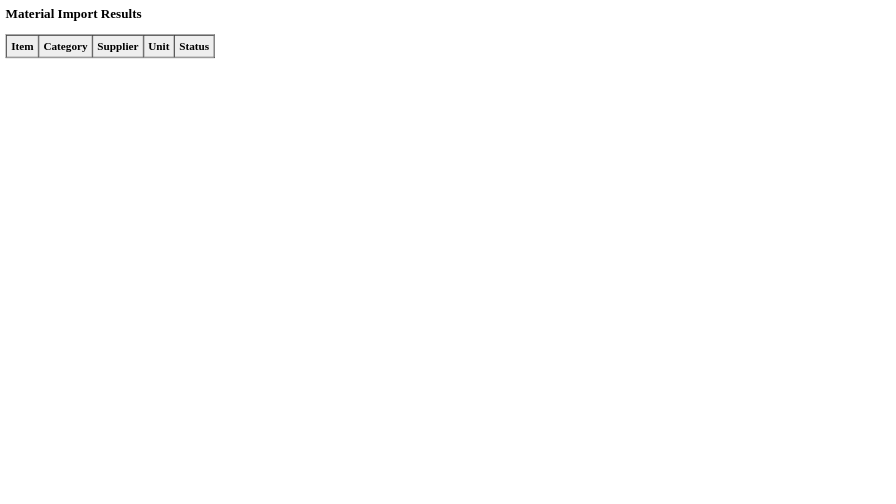
Repository: Asela054/TransFood
Page: http://localhost/database/itemlist.php
These files come from the project's save history. The page is drawn as it stood at one moment and after the next save; the edit follows.
The browser window is 1280 px wide. The pictures show the part of the page from y = 0 to 1920 px (the page is 720 px tall before and 75892 px after), at 70% of full size.
The page is run by PHP 8.4 with error messages shown; the project is at /var/www/html/. Queries for data that is not in the repository find no rows.

Above is the page before, as saved 2025-10-29 11:04:02.

### itemlist.php
<?php
// ---------- DATABASE CONNECTION ----------
$servername = "localhost";
$username = "root";
$password = "";
$dbname = "erav_transfood";

$conn = new mysqli($servername, $username, $password, $dbname);
if ($conn->connect_error) {
    die("Database Connection Failed: " . $conn->connect_error);
}

// ---------- CONFIGURATION ----------
$csvFile = 'productlist.csv';  // your CSV file path
$defaultSupplierId = 1732;     // default supplier ID
$userId = 1;                   // static user id

if (!file_exists($csvFile)) {
    die("CSV file not found!");
}

// ---------- OPEN CSV ----------
if (($handle = fopen($csvFile, "r")) !== FALSE) {
    $header = fgetcsv($handle, 1000, "\t"); // tab-separated CSV
    // If comma-separated, use: fgetcsv($handle, 1000, ",");

    echo "<h3>Material Import Results</h3>";
    echo "<table border='1' cellpadding='6' cellspacing='0'>
            <tr style='background:#eee;'>
                <th>Item</th>
                <th>Category</th>
                <th>Supplier</th>
                <th>Unit</th>
                <th>Status</th>
            </tr>";

    while (($data = fgetcsv($handle, 1000, "\t")) !== FALSE) {
        $materialCategory = isset($data[0]) ? trim($data[0]) : '';
        $itemName         = isset($data[1]) ? trim($data[1]) : '';
        $itemDescription  = isset($data[2]) ? trim($data[2]) : '';
        $prefVendor       = isset($data[3]) ? trim($data[3]) : '';
        $unitName         = isset($data[4]) ? trim($data[4]) : '';

        if ($itemName == '') continue; // skip empty lines

        // ---------- SUPPLIER ----------
        $supplierId = $defaultSupplierId;
        if (!empty($prefVendor)) {
            $checkSupplier = $conn->prepare("SELECT idtbl_supplier FROM tbl_supplier WHERE suppliername = ?");
            $checkSupplier->bind_param("s", $prefVendor);
            $checkSupplier->execute();
            $result = $checkSupplier->get_result();
            if ($row = $result->fetch_assoc()) {
                $supplierId = $row['idtbl_supplier'];
            }
            $checkSupplier->close();
        }

        // ---------- CATEGORY ----------
        $categoryId = null;
        if (!empty($materialCategory)) {
            $checkCategory = $conn->prepare("SELECT idtbl_material_category FROM tbl_material_category WHERE categoryname = ?");
            $checkCategory->bind_param("s", $materialCategory);
            $checkCategory->execute();
            $result = $checkCategory->get_result();
            if ($row = $result->fetch_assoc()) {
                $categoryId = $row['idtbl_material_category'];
            }
            $checkCategory->close();
        }

        if (!$categoryId) {
            echo "<tr><td>$itemName</td><td>$materialCategory</td><td>$prefVendor</td><td>$unitName</td><td style='color:red;'>❌ Category not found</td></tr>";
            continue;
        }

        // ---------- UNIT ----------
        $unitId = null;
        if (!empty($unitName)) {
            $checkUnit = $conn->prepare("SELECT idtbl_unit FROM tbl_unit WHERE unitname = ?");
            $checkUnit->bind_param("s", $unitName);
            $checkUnit->execute();
            $result = $checkUnit->get_result();
            if ($row = $result->fetch_assoc()) {
                $unitId = $row['idtbl_unit'];
            }
            $checkUnit->close();
        }

        if (!$unitId) {
            echo "<tr><td>$itemName</td><td>$materialCategory</td><td>$prefVendor</td><td>$unitName</td><td style='color:red;'>❌ Unit not found</td></tr>";
            continue;
        }

        // ---------- INSERT MATERIAL ----------
        $insertMaterial = $conn->prepare("
            INSERT INTO tbl_material_info
            (materialname, materialinfocode, unitperctn, reorderlevel, comment, status, insertdatetime, tbl_user_idtbl_user, tbl_material_category_idtbl_material_category, tbl_unit_idtbl_unit)
            VALUES (?, '', 0, 0, ?, 1, NOW(), ?, ?, ?)
        ");
        $insertMaterial->bind_param("ssiii", $itemName, $itemDescription, $userId, $categoryId, $unitId);

        if ($insertMaterial->execute()) {
            $materialId = $insertMaterial->insert_id;

            // ---------- LINK SUPPLIER ----------
            $insertSupplier = $conn->prepare("
                INSERT INTO tbl_material_suppliers
                (unitprice, status, updatedatetime, updateuser, tbl_material_info_idtbl_material_info, tbl_supplier_idtbl_supplier)
                VALUES (0, 1, NOW(), ?, ?, ?)
            ");
            $insertSupplier->bind_param("iii", $userId, $materialId, $supplierId);
            $insertSupplier->execute();
            $insertSupplier->close();

            echo "<tr><td>$itemName</td><td>$materialCategory</td><td>$prefVendor</td><td>$unitName</td><td style='color:blue;'>✅ Inserted (Supplier ID: $supplierId)</td></tr>";
        } else {
            echo "<tr><td>$itemName</td><td>$materialCategory</td><td>$prefVendor</td><td>$unitName</td><td style='color:red;'>❌ Insert Failed</td></tr>";
        }

        $insertMaterial->close();
    }

    echo "</table>";
    fclose($handle);
} else {
    echo "Error opening CSV file!";
}

$conn->close();
?>

Loaded but not shown: productlist.csv (2303 lines, source omitted)

After the next save:
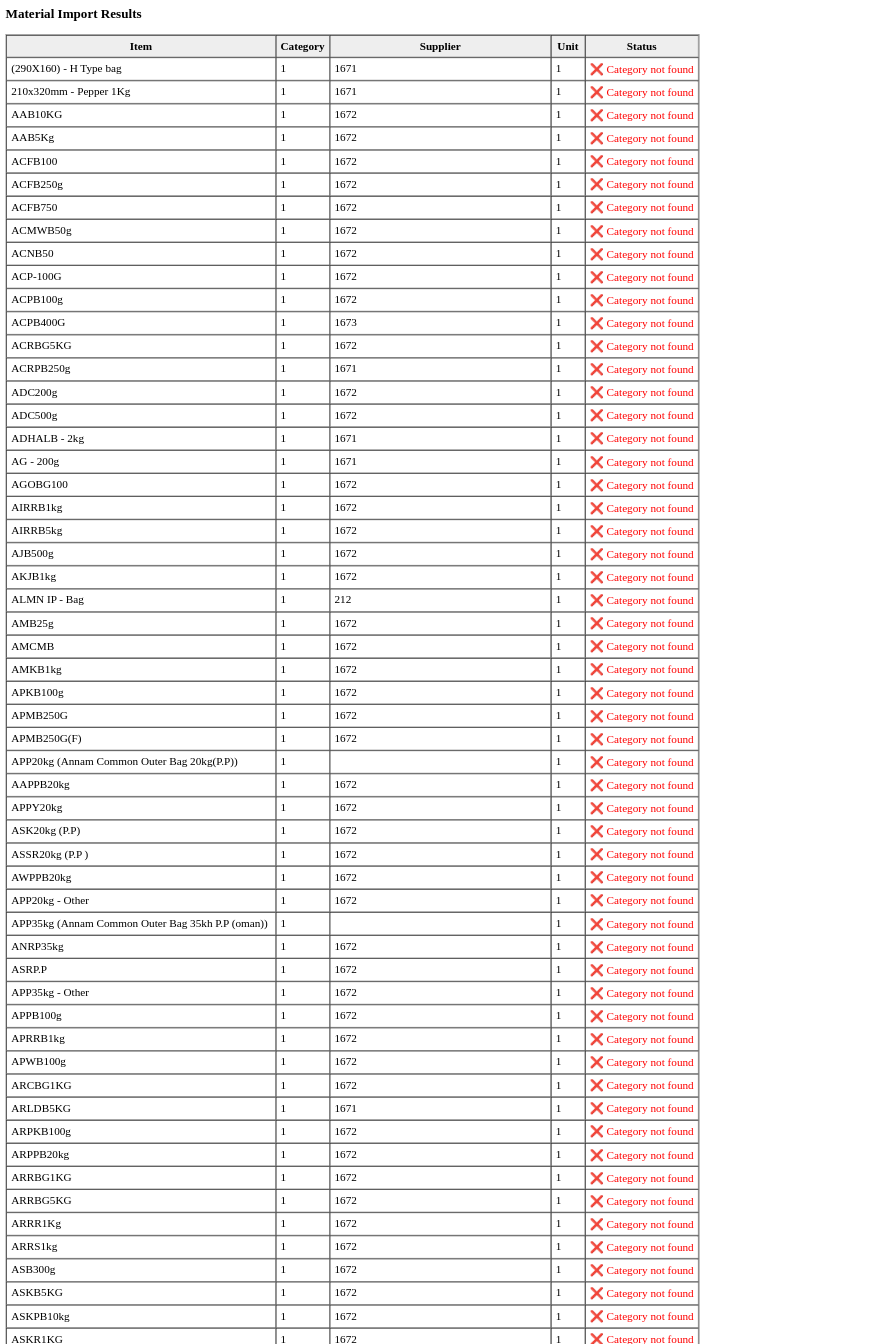
Saved 3 min 39 s later.
--- a/itemlist.php
+++ b/itemlist.php
@@ -19,10 +19,14 @@ if (!file_exists($csvFile)) {
     die("CSV file not found!");
 }
 
+// ---------- Detect CSV delimiter ----------
+$firstLine = fgets(fopen($csvFile, 'r'));
+$delimiter = (substr_count($firstLine, "\t") > substr_count($firstLine, ",")) ? "\t" : ",";
+rewind(fopen($csvFile, 'r'));
+
 // ---------- OPEN CSV ----------
 if (($handle = fopen($csvFile, "r")) !== FALSE) {
-    $header = fgetcsv($handle, 1000, "\t"); // tab-separated CSV
-    // If comma-separated, use: fgetcsv($handle, 1000, ",");
+    $header = fgetcsv($handle, 1000, $delimiter);
 
     echo "<h3>Material Import Results</h3>";
     echo "<table border='1' cellpadding='6' cellspacing='0'>
@@ -34,14 +38,19 @@ if (($handle = fopen($csvFile, "r")) !== FALSE) {
                 <th>Status</th>
             </tr>";
 
-    while (($data = fgetcsv($handle, 1000, "\t")) !== FALSE) {
-        $materialCategory = isset($data[0]) ? trim($data[0]) : '';
-        $itemName         = isset($data[1]) ? trim($data[1]) : '';
-        $itemDescription  = isset($data[2]) ? trim($data[2]) : '';
-        $prefVendor       = isset($data[3]) ? trim($data[3]) : '';
-        $unitName         = isset($data[4]) ? trim($data[4]) : '';
+    $rowCount = 0;
 
-        if ($itemName == '') continue; // skip empty lines
+    while (($data = fgetcsv($handle, 1000, $delimiter)) !== FALSE) {
+        if (count($data) < 5) continue; // skip incomplete rows
+        $rowCount++;
+
+        $materialCategory = trim($data[0]);
+        $itemName         = trim($data[1]);
+        $itemDescription  = trim($data[2]);
+        $prefVendor       = trim($data[3]);
+        $unitName         = trim($data[4]);
+
+        if ($itemName == '') continue; // skip empty item names
 
         // ---------- SUPPLIER ----------
         $supplierId = $defaultSupplierId;
@@ -121,6 +130,10 @@ if (($handle = fopen($csvFile, "r")) !== FALSE) {
         $insertMaterial->close();
     }
 
+    if ($rowCount === 0) {
+        echo "<tr><td colspan='5' style='color:red;'>⚠️ No rows found in CSV file. Please check delimiter (tab/comma).</td></tr>";
+    }
+
     echo "</table>";
     fclose($handle);
 } else {
